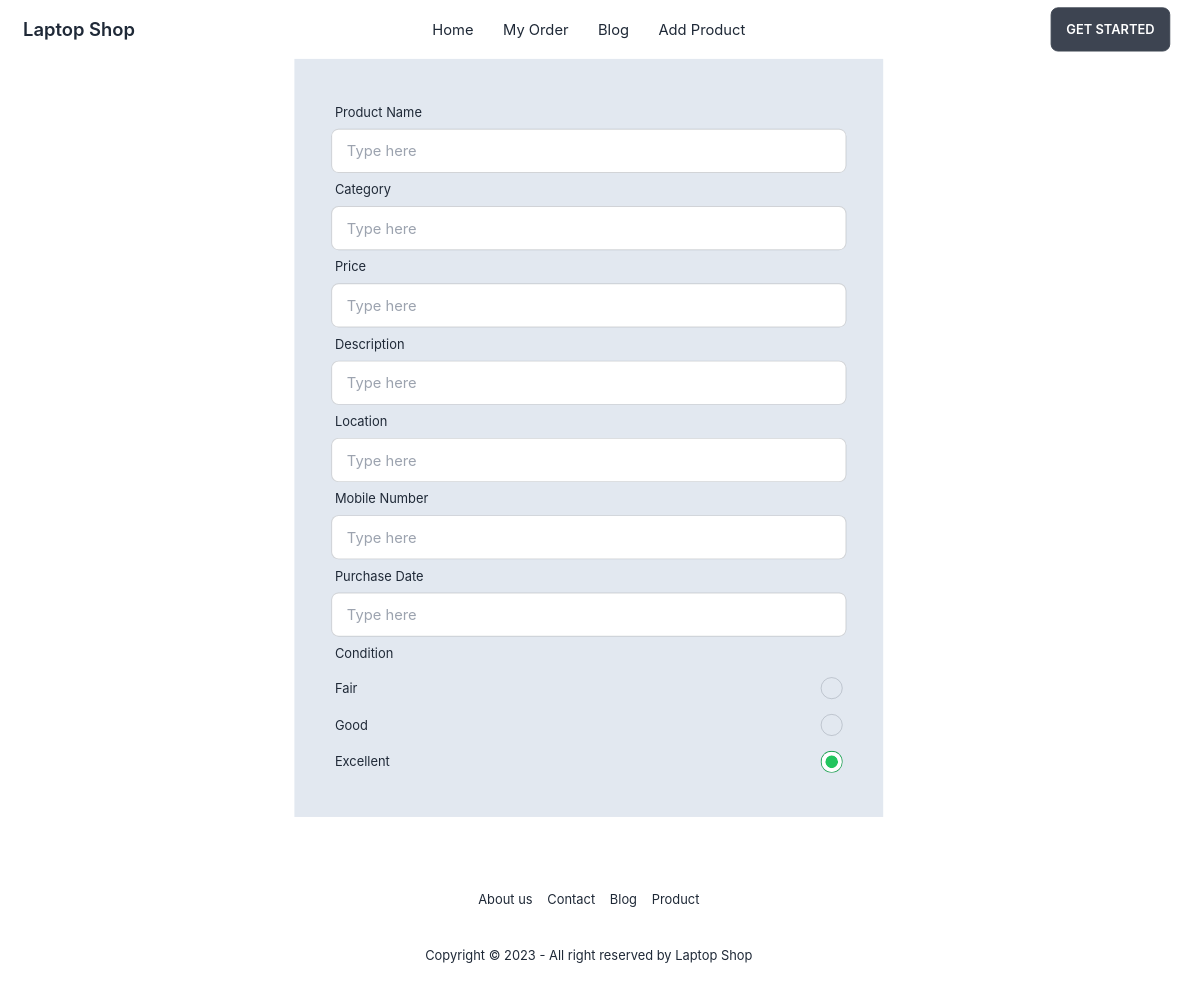
Repository: mdsajib50/E-commerce
Page: /add-product
An editor plug-in stored every save of this project. The page is shown before and after the next save, followed by the edit.
The browser window is 1280 px wide. The pictures show the whole page, at 92% of full size.
The project was rebuilt for these pictures with package versions that can differ from the ones it lists, and the page was loaded fresh each time. Also part of the build but not shown: src/Pages/Home/Banner/Banner.js, src/Pages/Home/Product/ProductCard.js, src/Pages/Home/Product/Product.js, src/Pages/Home/Home/Home.js.

Above is the page before, as saved 2023-01-11 23:17:44.

After the next save:
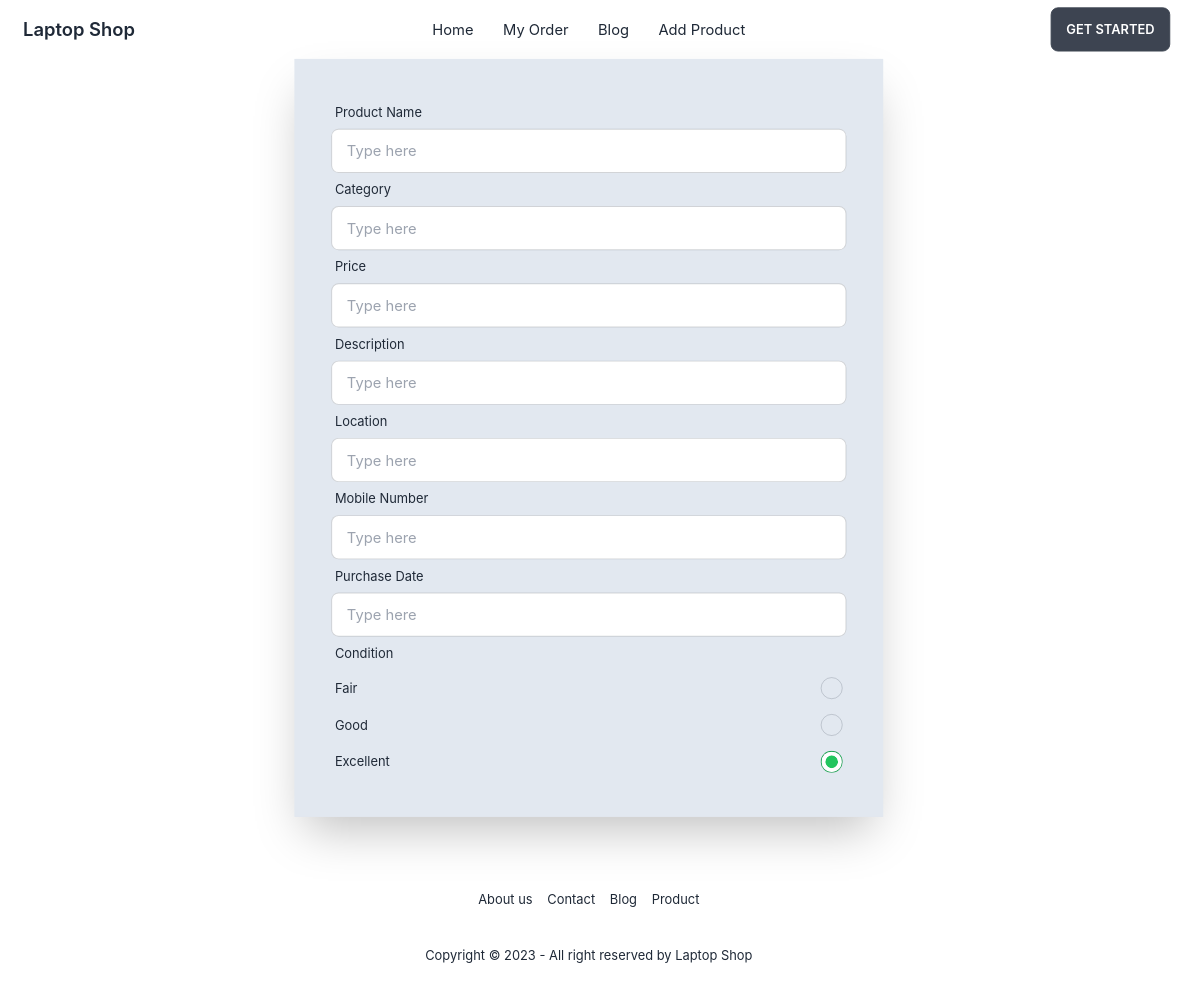
Saved 54 s later.
--- a/src/Pages/AddProduct/AddProduct.js
+++ b/src/Pages/AddProduct/AddProduct.js
@@ -3,7 +3,7 @@ import React from 'react';
 const AddProduct = () => {
     return (
         <div className=''>
-           <div className=' text-center w-1/2 mx-auto bg-slate-200 p-10'>
+           <div className=' text-center w-1/2 mx-auto shadow-2xl bg-slate-200 p-10'>
                 <form>
                     <div className="form-control">
                         <label className="label">
